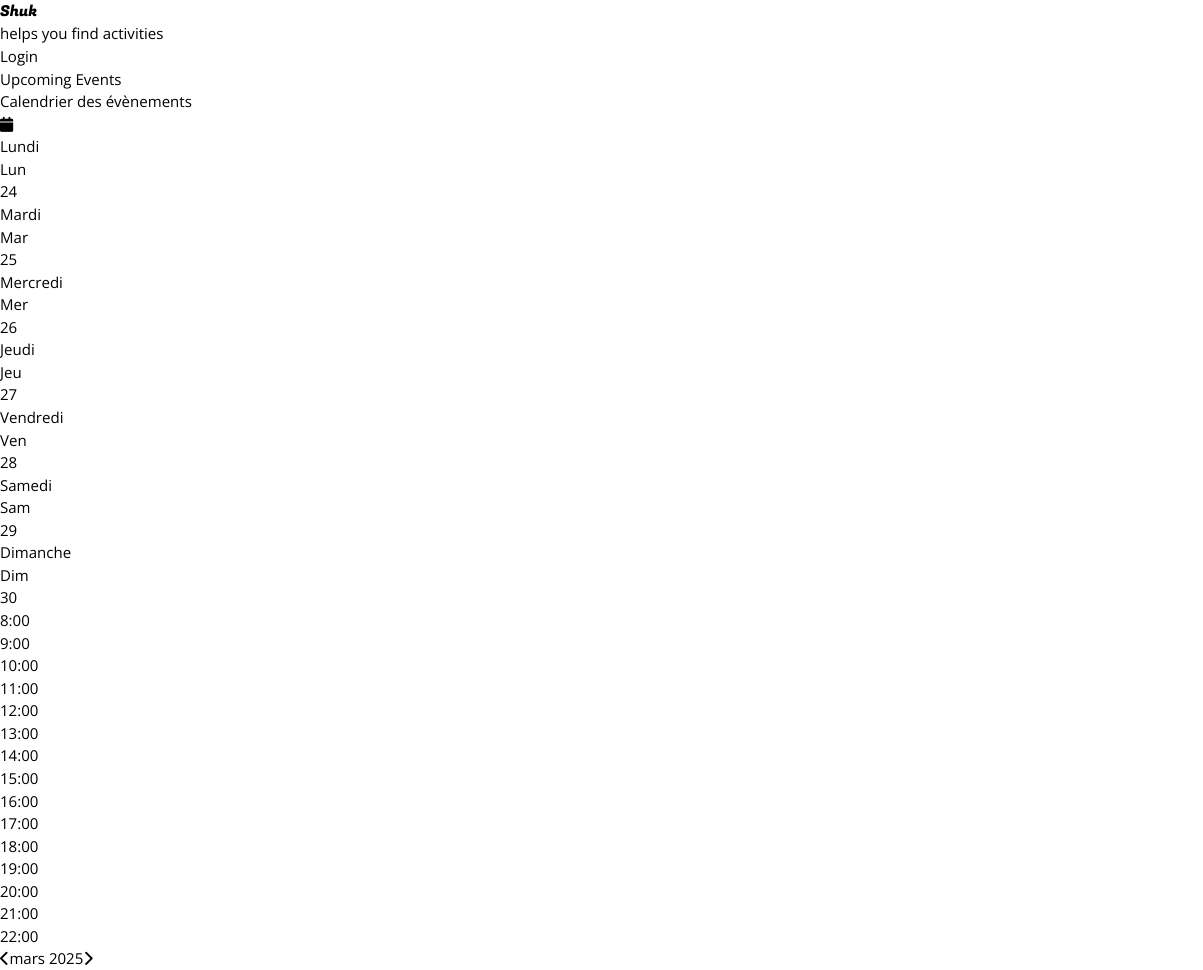
Repository: Yruamaaaa/uqac_app_test1
Page: /
These files come from the project's save history. The page is drawn as it stood at one moment and after the next save; the edit follows.
The browser window is 1280 px wide. The pictures show the whole page, at 94% of full size.
The page's requests for data from a server got no answer. The project was rebuilt for these pictures with package versions that can differ from the ones it lists, and the page was loaded fresh each time. The framework's server and built-in components were replaced by stand-ins that run in the browser. No one was signed in, and anything a server would have sent is missing. Also part of the build but not shown: next.config.js, next.config.mjs, components/Logout.js, components/Loading.js.

Above is the page before, as saved 2025-04-05 18:52:21.

After the next save:
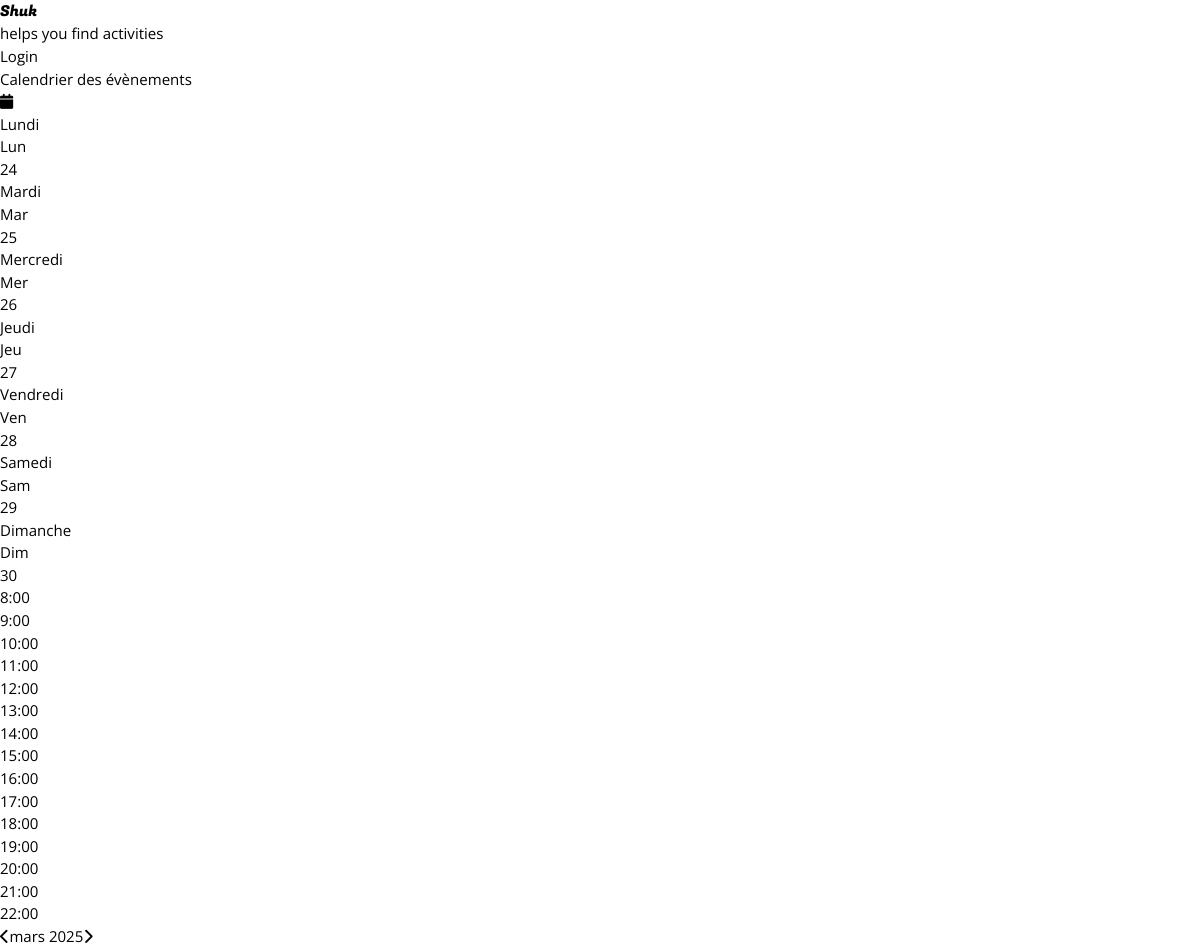
Saved 4 min 55 s later.
--- a/app/page.js
+++ b/app/page.js
@@ -23,15 +23,15 @@ export default function Home() {
     }
 
     return (
-        <main className="min-h-screen flex flex-col items-center p-4 max-w-7xl mx-auto w-full">
-            <div className="text-center space-y-6 mb-12">
-                <h1 className={`text-6xl md:text-8xl ${fugaz.className}`}>
+        <main className="min-h-screen flex flex-col items-center p-4 max-w-5xl mx-auto w-full">
+            <div className="text-center space-y-4 mb-8">
+                <h1 className={`text-4xl md:text-6xl ${fugaz.className}`}>
                     Shuk
                 </h1>
-                <p className="text-xl md:text-2xl text-gray-600">
+                <p className="text-lg md:text-xl text-gray-600">
                     helps you find activities
                 </p>
-                <div className="mt-8">
+                <div className="mt-4">
                     {currentUser ? (
                         <Button
                             text="Go to Dashboard"
@@ -48,8 +48,7 @@ export default function Home() {
                 </div>
             </div>
 
-            <div className="w-full bg-white rounded-xl shadow-sm p-6">
-                <h2 className="text-2xl font-semibold mb-6">Upcoming Events</h2>
+            <div className="w-full bg-white rounded-xl shadow-sm p-4">
                 <Calendar defaultView="week" />
             </div>
         </main>
